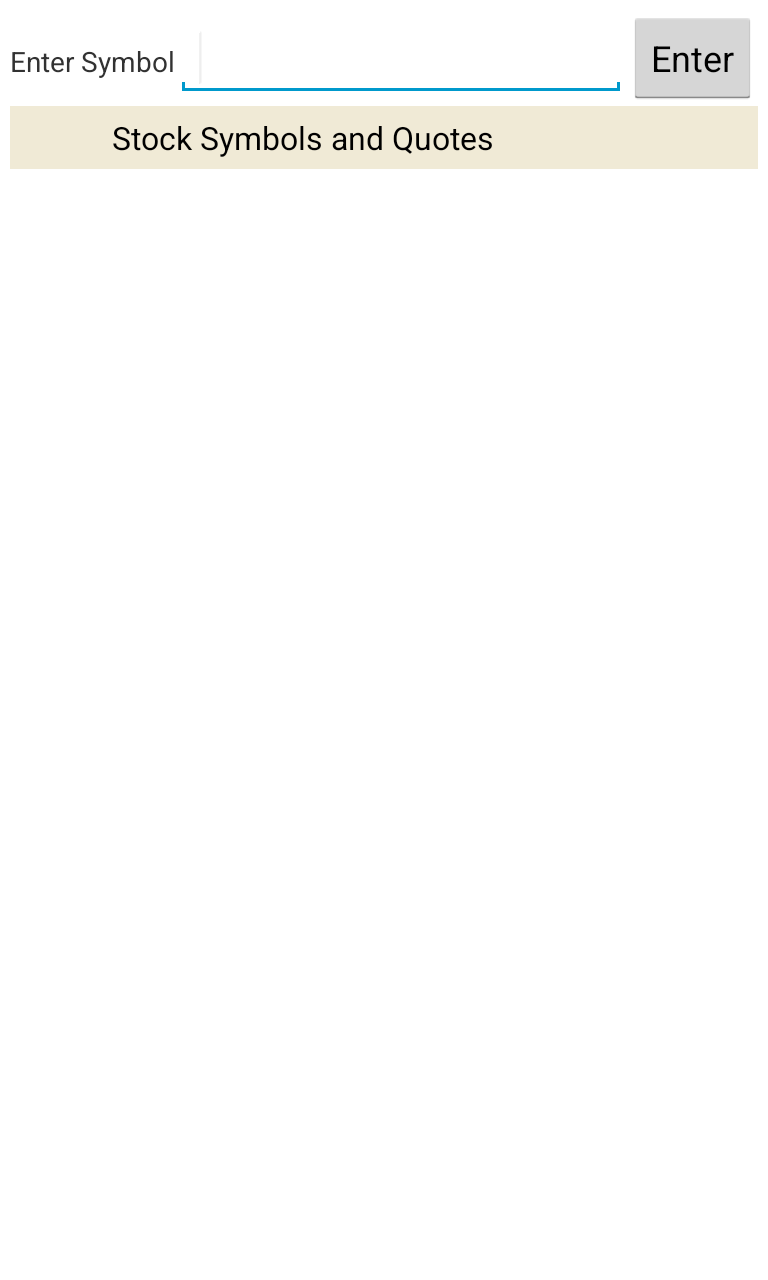
Repository: almeiduh/AndroidApps
Layout: StockQuote/res/layout/activity_main.xml
These files come from the project's save history. The layout is drawn as it stood at one moment and after the next save; the edit follows.
It is drawn on a 768 x 1280 px phone screen (xhdpi) without system bars, with theme AppTheme; the app's code is not run.

Above is the layout before, as saved 2014-02-05 00:09:13.

### StockQuote/res/layout/activity_main.xml
<TableLayout xmlns:android="http://schemas.android.com/apk/res/android"
    xmlns:tools="http://schemas.android.com/tools"
    android:id="@+id/TableLayout1"
    android:layout_width="match_parent"
    android:layout_height="match_parent"
    android:paddingBottom="@dimen/activity_vertical_margin"
    android:paddingLeft="@dimen/activity_horizontal_margin"
    android:paddingRight="@dimen/activity_horizontal_margin"
    android:paddingTop="@dimen/activity_vertical_margin"
    tools:context=".MainActivity" >

    <TableRow
        android:id="@+id/tableRow1"
        android:layout_width="match_parent"
        android:layout_height="wrap_content" >

        <TextView
            android:id="@+id/enterSymbolTextView"
            android:layout_width="wrap_content"
            android:layout_height="wrap_content"
            android:text="@string/stock_symbol" />

        <EditText
            android:id="@+id/stockSymbolEditText"
            android:layout_width="wrap_content"
            android:layout_height="wrap_content"
            android:ems="10"
            android:layout_weight="1"
            android:inputType="text"
            >

            <requestFocus />
        </EditText>

        <Button
            android:id="@+id/enterStockSymbolButton"
            android:layout_width="wrap_content"
            android:layout_height="wrap_content"
            android:text="@string/enter_stock_symbol" />

    </TableRow>

    <TableRow
        android:id="@+id/tableRow2"
        android:layout_width="match_parent"
        android:layout_height="wrap_content"
        android:background="@color/eggshell" >

        <TextView
            android:id="@+id/stockSymbolTextView"
            android:layout_width="match_parent"
            android:layout_height="wrap_content"
            android:layout_span="2"
            android:gravity="center_horizontal"
            android:padding="5dp"
            android:textColor="@color/black"
            android:textSize="@dimen/stock_list_text_size"
            android:text="@string/stock_symbol_list" />

    </TableRow>

    <TableRow
        android:id="@+id/tableRow3"
        android:layout_width="match_parent"
        android:layout_height="wrap_content"
        android:background="@color/mint" >

        <ScrollView
            android:id="@+id/stockScrollView"
            android:layout_width="wrap_content"
            android:layout_height="wrap_content" >

            <LinearLayout
                android:layout_width="match_parent"
                android:layout_height="match_parent"
                android:orientation="vertical" >
            </LinearLayout>
        </ScrollView>

    </TableRow>

</TableLayout>

### StockQuote/res/values/dimens.xml
<resources>

    <!-- Default screen margins, per the Android Design guidelines. -->
    <dimen name="activity_horizontal_margin">5dp</dimen>
    <dimen name="activity_vertical_margin">5dp</dimen>
    <dimen name="stock_list_text_size">16sp</dimen>

</resources>

### StockQuote/res/values/strings.xml
<?xml version="1.0" encoding="utf-8"?>
<resources>

    <string name="app_name">Get Stock Quotes</string>
    <string name="action_settings">Settings</string>
	<string name="stock_symbol">Enter Symbol</string>
	<string name="enter_stock_symbol">Enter</string>
	<string name="stock_symbol_list">Stock Symbols and Quotes</string>
	<string name="change_stock_symbol">Change</string>
	<string name="ok">OK</string>
	<string name="cancel">Cancel</string>
	<string name="missing_stock_symbol">Enter a Stock Symbol</string>
	<string name="invalid_stock_symbol">Invalid Stock Symbol</string>
	<string name="delete_all_symbols">Delete All Symbols</string>
	<string name="confirm_action">Are you sure?</string>
	<string name="get_stock_quote">Quote</string>
	<string name="go_to_website">Web</string>
	<string name="yahoo_stock_url">http://finance.yahoo.com/q?s=</string>
	<string name="stock_company_name">Company Name</string>
	<string name="stock_year_low">Year Low:</string>
	<string name="stock_year_high">Year High:</string>
	<string name="stock_days_low">Days Low:</string>
	<string name="stock_days_high">Days High:</string>
	<string name="title_activity_stock_info">StockInfoActivity</string>
	<string name="last_trade_price_only">Last Price:</string>
	<string name="change">Change:</string>
	<string name="days_range">Daily Price Range:</string>
</resources>

### StockQuote/res/values/colors.xml
<?xml version="1.0" encoding="utf-8"?>
<resources>
    <color name="aero_blue">#C9FFE5</color>
    <color name="eggshell">#F0EAD6</color>
    <color name="black">#000000</color>
    <color name="mint">#3EB489</color>
</resources>

Loaded but not shown: StockQuote/res/values/styles.xml (common file); StockQuote/res/values-v11/styles.xml (common file); StockQuote/res/values-v14/styles.xml (common file)

After the next save:
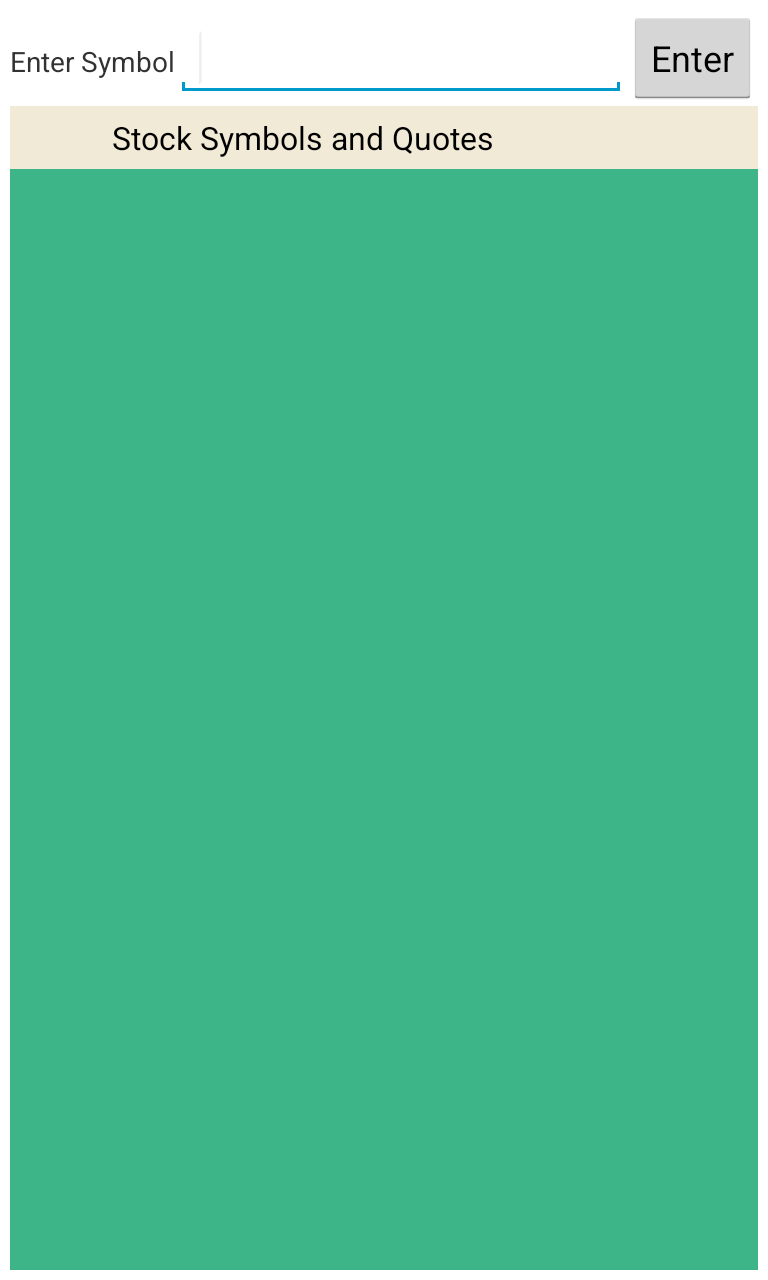
Saved 33 s later.
--- a/StockQuote/res/layout/activity_main.xml
+++ b/StockQuote/res/layout/activity_main.xml
@@ -63,7 +63,8 @@
         android:id="@+id/tableRow3"
         android:layout_width="match_parent"
         android:layout_height="wrap_content"
-        android:background="@color/mint" >
+        android:background="@color/mint"
+        android:layout_weight="1" >
 
         <ScrollView
             android:id="@+id/stockScrollView"
